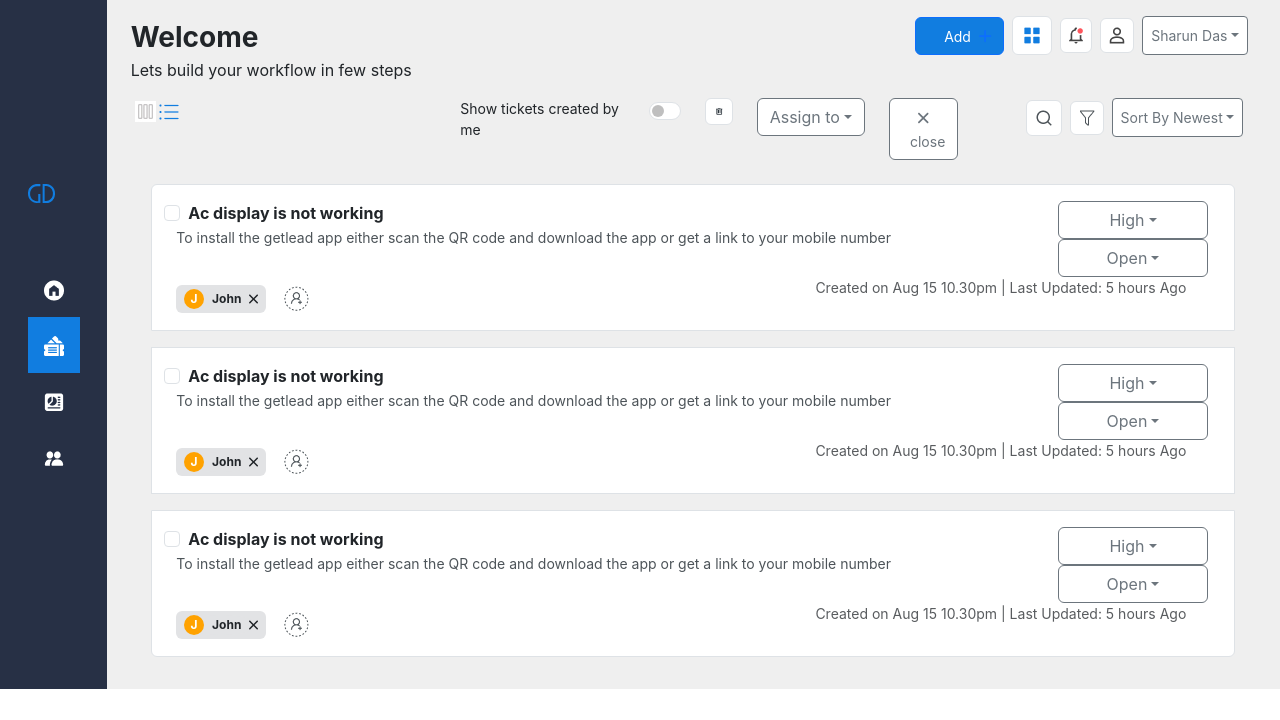
Repository: rishikarajeev/GL_HelpDesk
Page: /
An editor plug-in stored every save of this project. The page is shown before and after the next save, followed by the edit.
The browser window is 1280 px wide. The pictures show the whole page.
The project was rebuilt for these pictures with package versions that can differ from the ones it lists, and the page was loaded fresh each time. Also part of the build but not shown: src/App.css, src/Pages/HomePage.jsx.

Above is the page before, as saved 2024-01-11 14:06:43.

### public/index.html
<!DOCTYPE html>
<html lang="en">
  <head>
    <meta charset="utf-8" />
    <link rel="icon" href="%PUBLIC_URL%/favicon.ico" />
    <meta name="viewport" content="width=device-width, initial-scale=1" />
    <meta name="theme-color" content="#000000" />
    <meta
      name="description"
      content="Web site created using create-react-app"
    />
    <link rel="apple-touch-icon" href="%PUBLIC_URL%/logo192.png" />
    <link href="https://cdn.jsdelivr.net/npm/bootstrap@5.3.2/dist/css/bootstrap.min.css" rel="stylesheet" integrity="sha384-T3c6CoIi6uLrA9TneNEoa7RxnatzjcDSCmG1MXxSR1GAsXEV/Dwwykc2MPK8M2HN" crossorigin="anonymous">
   <script src="https://cdn.jsdelivr.net/npm/bootstrap@5.3.2/dist/js/bootstrap.bundle.min.js" integrity="sha384-C6RzsynM9kWDrMNeT87bh95OGNyZPhcTNXj1NW7RuBCsyN/o0jlpcV8Qyq46cDfL" crossorigin="anonymous"></script>

   <!--
      manifest.json provides metadata used when your web app is installed on a
      user's mobile device or desktop. See https://developers.google.com/web/fundamentals/web-app-manifest/
    -->
    <link rel="manifest" href="%PUBLIC_URL%/manifest.json" />
    <!--
      Notice the use of %PUBLIC_URL% in the tags above.
      It will be replaced with the URL of the `public` folder during the build.
      Only files inside the `public` folder can be referenced from the HTML.

      Unlike "/favicon.ico" or "favicon.ico", "%PUBLIC_URL%/favicon.ico" will
      work correctly both with client-side routing and a non-root public URL.
      Learn how to configure a non-root public URL by running `npm run build`.
    -->
    <title>React App</title>
  </head>
  <body>
    <noscript>You need to enable JavaScript to run this app.</noscript>
    <div id="root"></div>
    <!--
      This HTML file is a template.
      If you open it directly in the browser, you will see an empty page.

      You can add webfonts, meta tags, or analytics to this file.
      The build step will place the bundled scripts into the <body> tag.

      To begin the development, run `npm start` or `yarn start`.
      To create a production bundle, use `npm run build` or `yarn build`.
    -->
  </body>
</html>

### src/index.js
import React from "react";
import ReactDOM from "react-dom/client";
import "./index.css";
import App from "./App";
import reportWebVitals from "./reportWebVitals";


const root = ReactDOM.createRoot(document.getElementById("root"));
root.render(<App />);

// If you want to start measuring performance in your app, pass a function
// to log results (for example: reportWebVitals(console.log))
// or send to an analytics endpoint. Learn more: https://bit.ly/CRA-vitals
reportWebVitals();

### src/App.js
import logo from "./logo.svg";
import "./App.css";

import { BrowserRouter, Route, Routes } from "react-router-dom";
import ViewTickets from "./Pages/ViewTickets";
import HomePage from "./Pages/HomePage";
import SideBar from "./Components/SideBar";
import { Container, Row, Col } from "react-bootstrap";
import Header from "./Components/Header";
import "./Assets/Css/Styles.css"

function App() {
  return (
    <BrowserRouter>
      <Container fluid>
        <Row>
          <Col xl={1} className="sideBg">
            <SideBar />
          </Col>
          <Col xl={11} className="bgColor">
            <Header />
            <Routes>
              <Route path="/" element={<ViewTickets />}></Route>
              <Route path="/showtickets" element={<ViewTickets />}></Route>
              <Route path="/home" element={<HomePage />}></Route>
            </Routes>
          </Col>
        </Row>
      </Container>
    </BrowserRouter>
  );
}

export default App;

### src/Pages/ViewTickets.jsx
import React from "react";
import TicketItem from "../Components/TicketItem";
import {
  Container,
  Row,
  Col,
  Navbar,
  Nav,
  Button,
  ListGroup,
  Dropdown,Image
} from "react-bootstrap";
import column_icon from "../Assets/Images/fluent_column-triple-20-regular.jpg";
import list_icon from "../Assets/Images/ph_list-bullets-light.png";
import search_icon from "../Assets/Images/ri_search-line.png";
import delete_icon from "../Assets/Images/material-symbols_delete-outline.jpg";
import { FontAwesomeIcon } from "@fortawesome/react-fontawesome";
import { faTimes } from "@fortawesome/free-solid-svg-icons";
import filter_icon from "../Assets/Images/cil_filter.png";

function ViewTickets() {
  return (
    <Container >
      <Row className=" mt-3 mb-2  ">
        <Col>
          <img src={column_icon} alt="Local Icon" />

          <img src={list_icon} />
        </Col>
        <Col className="d-none d-lg-block">
          <div class="form-check form-switch ms-0 d-flex align-items-start">
          <label
              class="form-check-label small me-5 p "
              for="flexSwitchCheckDefault"
            >
              Show tickets created by me
            </label>
          <input
              className="form-check-input p-2"
              type="checkbox"
              role="switch"
              id="flexSwitchCheckDefault"
            />



          </div>
        </Col>
        <Col className="d-none d-lg-block ">
          <Row>
          <Col >
          <Image
            src={delete_icon}
            alt="Local Icon"
            className="img-thumbnail  bg-white p-2"
          />
          </Col>
          <Col>
            <Dropdown >
              <Dropdown.Toggle variant="outline-secondary" id="dropdown-basic"  className="bg-white" >
              Assign to
              </Dropdown.Toggle>

              <Dropdown.Menu>
                <Dropdown.Item href="#/action-1">Assign to </Dropdown.Item>
                <Dropdown.Item href="#/action-2">Sharun</Dropdown.Item>

              </Dropdown.Menu>
            </Dropdown>
            </Col>
            <Col>
          <Button variant="btn btn-outline-secondary bg-white me-2">
            <FontAwesomeIcon icon={faTimes} className="small" />
            <span className="small ms-2">close</span>
          </Button>
          </Col>
          </Row>
        </Col>
        <Col className="text-end d-none d-lg-block">
          <img
            src={search_icon}
            alt="Local Icon"
            className="img-thumbnail me-2 p-2 bg-white"
          />
          <img
            src={filter_icon}
            alt="Local Icon"
            className="img-thumbnail me-2 p-2 bg-white"
          />
          <button
            class="btn btn-outline-secondary btn-sm dropdown-toggle me-2  p-2 bg-white"
            type="button"
            data-bs-toggle="dropdown"
            aria-expanded="false"
          >
            Sort By Newest
          </button>
        </Col>
      </Row>
      <ListGroup className="p-3">
        <ListGroup.Item className=" border mb-3">
          <TicketItem />
        </ListGroup.Item>
        <ListGroup.Item className=" border mb-3">
          <TicketItem />
        </ListGroup.Item>
        <ListGroup.Item className=" border mb-3">
          <TicketItem />
        </ListGroup.Item>
      </ListGroup>
    </Container>
  );
}

export default ViewTickets;

### src/Components/SideBar.jsx
import React, { useState } from "react";
import { Navbar, Nav } from "react-bootstrap";
import ticketIcon from "../Assets/Images/Layer_1.png";
import logo from "../Assets/Images/logo.png";
import profile from "../Assets/Images/profile_icon.png";
import filemanagr from "../Assets/Images/Frame.png";
import homeIcon from "../Assets/Images/el_home-alt.png";
import "../Assets/Css/Styles.css";

function SideBar() {
  const [activeIcon, setActiveIcon] = useState("tickets"); // Set the initial active icon

  return (
    <Navbar expand="lg" variant="dark" className=" p-3  h-100">
      <Navbar.Toggle aria-controls="sidebar" className="order-0 ml-auto" />
      <Navbar.Collapse id="sidebar">
        <Nav className="flex-column sideBg">
          <Navbar.Brand className="mb-5">
            {" "}
            <img src={logo} alt="Home Icon " className="icon" />
          </Navbar.Brand>

          <Nav.Item
            className={`nav-item p-2 ${
              activeIcon === "home" ? "selectedColor" : ""
            }`}
          >
            <Nav.Link
              className="nav-link text-white"
              onClick={() => setActiveIcon("home")}
              href="/home"
            >
              <img src={homeIcon} alt="Home Icon" className="icon" />
            </Nav.Link>
          </Nav.Item>
          <Nav.Item
            className={`nav-item p-2 ${
              activeIcon === "tickets" ? "selectedColor" : ""
            }`}
          >
            <Nav.Link
              className="nav-link"
              onClick={() => setActiveIcon("tickets")}
              href="/showtickets"
            >
              <img src={ticketIcon} alt="Ticket Icon" className="icon" />
            </Nav.Link>
          </Nav.Item>
          <Nav.Item
            className={`nav-item p-2 ${
              activeIcon === "file" ? "selectedColor" : ""
            }`}
          >
            <Nav.Link
              className="nav-link"
              onClick={() => setActiveIcon("file")}
              href="#"
            >
              <img src={filemanagr} alt="file Icon" className="icon" />
            </Nav.Link>
          </Nav.Item>
          <Nav.Item
            className={`nav-item p-2 ${
              activeIcon === "profile" ? "selectedColor" : ""
            }`}
          >
            <Nav.Link
              className="nav-link"
              onClick={() => setActiveIcon("profile")}
              href="#"
            >
              <img src={profile} alt="profile Icon" className="icon" />
            </Nav.Link>
          </Nav.Item>
          <Nav.Item
            className={`nav-item p-2 ${
              activeIcon === "settings" ? "selectedColor" : ""
            }`}
          >
            <Nav.Link
              className="nav-link text-white"
              onClick={() => setActiveIcon("settings")}
              href="#"
            >
              <i className="fas fa-cogs"></i>
            </Nav.Link>
          </Nav.Item>
        </Nav>
      </Navbar.Collapse>
    </Navbar>
  );
}

export default SideBar;

### src/Components/Header.jsx
import React from "react";

import menu_icon from "../Assets/Images/ep_menu.png";
import notificatn_icon from "../Assets/Images/Group 10.png";
import user_icon from "../Assets/Images/ooui_user-avatar-outline.png";
import { Container, Row, Col, Navbar, Nav, Button } from "react-bootstrap";
import { FontAwesomeIcon } from "@fortawesome/react-fontawesome";
import { faTimes,faPlus  } from "@fortawesome/free-solid-svg-icons";

function Header() {
  return (
    <Container fluid>
      <Row className=" justify-content-end mt-3 mb-3">
        <Col sm={8}>
          <Row>
            <a class="navbar-brand fs-3 fw-bolder" href="#">
              Welcome
            </a>
          </Row>
          <Row>
            <span>Lets build your workflow in few steps</span>
          </Row>
        </Col>

        <Col sm={4} className="text-end">
        <Button variant="btn btn-outline-primary selectedColor me-2">
        <span className="small ms-2 text-white p-2">Add</span>
            <FontAwesomeIcon icon={faPlus } className="small" />

          </Button>
          <img
            src={menu_icon}
            alt="Local Icon"
            className="img-thumbnail me-2 p-2 bg-white"
          />
          <img
            src={notificatn_icon}
            alt="Local Icon"
            className="img-thumbnail me-2 p-2 bg-white"
          />
          <img
            src={user_icon}
            alt="Local Icon"
            className="img-thumbnail me-2 p-2 bg-white"
          />
          <button
            className="btn btn-outline-secondary btn-sm dropdown-toggle me-2 p-2 bg-white"
            type="button"
            data-bs-toggle="dropdown"
            aria-expanded="false"
          >
            Sharun Das
          </button>
        </Col>
      </Row>
    </Container>
  );
}

export default Header;

### src/Assets/Css/Styles.css
.sideBg{
    background-color:  #273045;
    text-align: left;


}
.selectedColor{
    background-color:  #117DE0;


}
.bgColor{
    background-color:  #EFEFEF;

}
.txt-ticket-color{
  color:#4D5459

}


  .circle-icon {
    width: 20px;
    height: 20px;
    border-radius: 50%;
    background-color: #ffa200; /* Choose your desired background color */
    display: flex;
    align-items: center;
    justify-content: center;
    color: #fff; /* Choose your desired text color */
  }
  .close-icon {
    position: absolute;
    color:black;
    top: 50%;
    left: 50%;
    transform: translate(-50%, -50%);
  }

### src/Components/TicketItem.jsx
import React from "react";
import { Container, Row, Col, Button, Image,Dropdown } from "react-bootstrap";
import UserBadge from "../Components/UserBadge";
import userAddIcon from "../Assets/Images/Group 758674.png";

function TicketItem() {
  const userName = "John";
  return (
    <Container fluid className="p-2">
      <Row>
        <Col xl={10}>
          <Row>
            <div className="form-check">
              <input
                className="form-check-input"
                type="checkbox"
                value=""
                id="flexCheckDefault"
              />
              <label
                className="form-check-label  fw-bolder"
                htmlFor="flexCheckDefault"
              >
                Ac display is not working
              </label>
            </div>
          </Row>
          <Row>
            <p className="small text-wrap txt-ticket-color">
              To install the getlead app either scan the QR code and download
              the app or get a link to your mobile number
            </p>
          </Row>
        </Col>
        <Col xl={2}>
          <Row>
            <Dropdown >
              <Dropdown.Toggle variant="outline-secondary" id="dropdown-basic" style={{ width: '150px' }}>
               High
              </Dropdown.Toggle>

              <Dropdown.Menu>
                <Dropdown.Item href="#/action-1">High </Dropdown.Item>
                <Dropdown.Item href="#/action-2">Low</Dropdown.Item>

              </Dropdown.Menu>
            </Dropdown>

            <Dropdown>
              <Dropdown.Toggle variant="outline-secondary" id="dropdown-basic" style={{ width: '150px' }}>
               Open
              </Dropdown.Toggle>

              <Dropdown.Menu>
                <Dropdown.Item href="#/action-1">Open </Dropdown.Item>
                <Dropdown.Item href="#/action-2">Pending</Dropdown.Item>

              </Dropdown.Menu>
            </Dropdown>
          </Row>
        </Col>
        <Row>
          <Col xl={5} className="mt-2">
            <Row>
              <Col sm={3}>
                <UserBadge name={userName} />
              </Col>
              <Col sm={2}>
                <Image src={userAddIcon} alt="Local Icon" rounded />
              </Col>
            </Row>
          </Col>

          <Col xl={7} className="text-end">
            <p className="text-muted small">
              Created on Aug 15 10.30pm | Last Updated: 5 hours Ago
            </p>
          </Col>
        </Row>
      </Row>
    </Container>
  );
}

export default TicketItem;

### src/Components/UserBadge.jsx
// UserBadge.js
import React from "react";
import { Badge } from "react-bootstrap";
import "../Assets/Css/Styles.css";
import { FontAwesomeIcon } from "@fortawesome/react-fontawesome";
import { faTimes } from "@fortawesome/free-solid-svg-icons";

const UserBadge = ({ name }) => {
  const initials = name
    .split(" ")
    .map((word) => word[0])
    .join("");

  return (
    <div>
      <Badge bg="secondary-subtle ">
        <div className="rounded-circle bg-secondary-subtle text-dark d-flex align-items-center justify-content-center">
          <div className="circle-icon">
            {" "}
            <span>{initials} </span>{" "}
          </div>
          <span className="ms-2">{name} </span>

          <FontAwesomeIcon icon={faTimes} className=" ms-2" />
        </div>
      </Badge>
    </div>
  );
};

export default UserBadge;

Loaded but not shown: src/index.css (common file); src/reportWebVitals.js (common file)

After the next save:
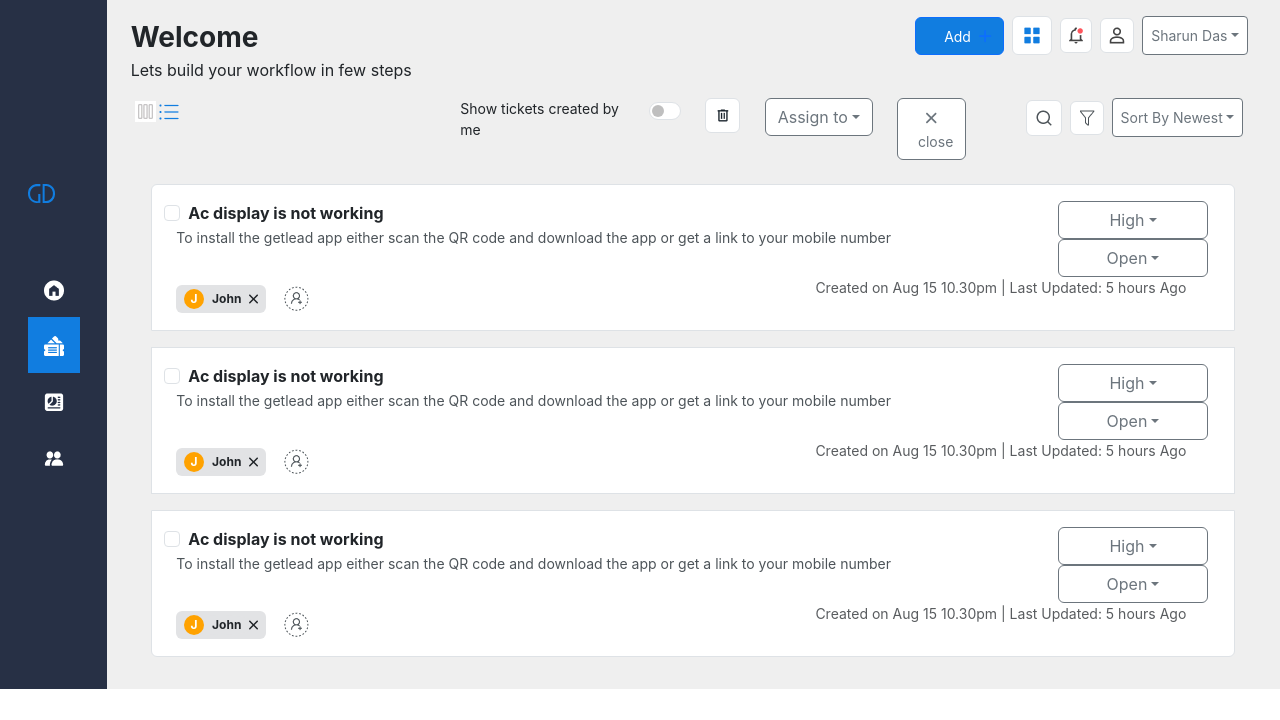
Saved 6 s later.
--- a/src/Pages/ViewTickets.jsx
+++ b/src/Pages/ViewTickets.jsx
@@ -69,7 +69,7 @@ function ViewTickets() {
             </Dropdown>
             </Col>
             <Col>
-          <Button variant="btn btn-outline-secondary bg-white me-2">
+          <Button variant="btn btn-outline-secondary bg-white ">
             <FontAwesomeIcon icon={faTimes} className="small" />
             <span className="small ms-2">close</span>
           </Button>
